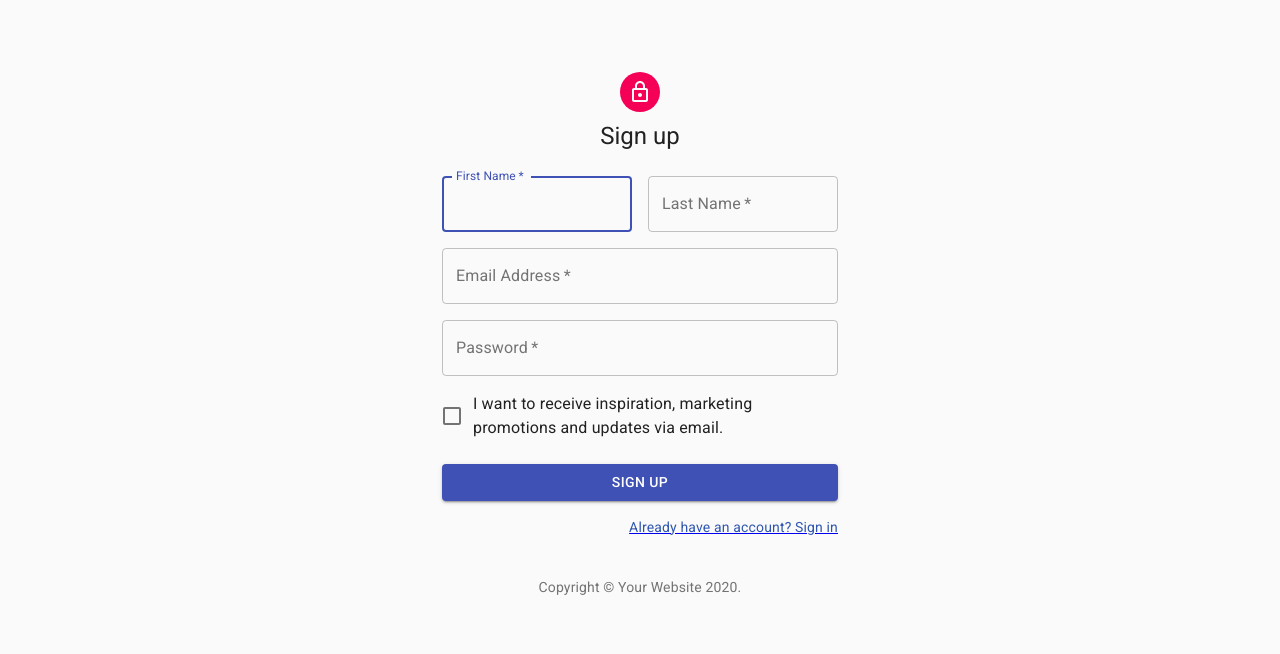
Repository: mk1020/Daily-Bot
Page: /signup
The author's editor kept a copy of each file at every save. The page is drawn from the files as they stood at one save, then again after the next save.
The browser window is 1280 px wide. The pictures show the whole page.
The project was rebuilt for these pictures with package versions that can differ from the ones it lists, and the page was loaded fresh each time. Also part of the build but not shown: src/components/SignIn/SignIn.module.css, src/components/SignIn/SignIn.js, src/App.module.css.

Above is the page before, as saved 2020-03-09 14:48:41.

After the next save:
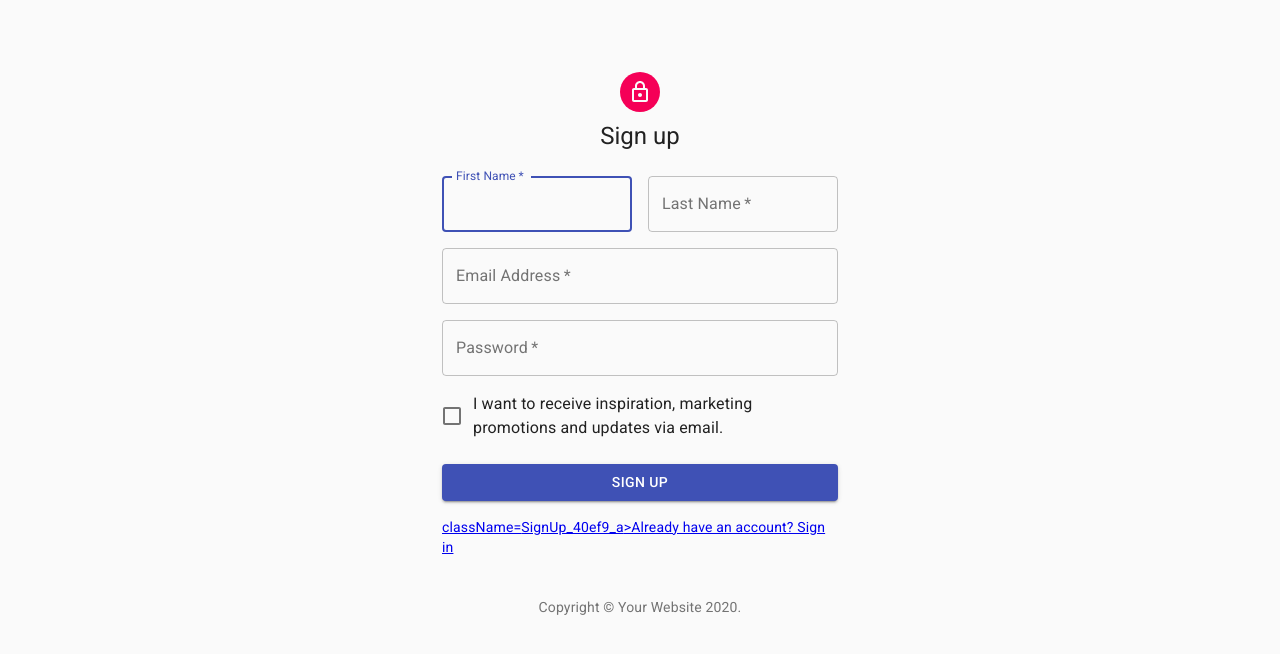
Saved 2 min 20 s later.
--- a/src/components/SignUp/SignUp.js
+++ b/src/components/SignUp/SignUp.js
@@ -128,7 +128,7 @@ export default function SignUp() {
 					<Grid container justify="flex-end">
 						<Grid item>
 							<NavLink to="/">
-								<a className={styles.a}>Already have an account? Sign in</a>
+								<div> className={styles.a}>Already have an account? Sign in </div>
 							</NavLink>
 						</Grid>
 					</Grid>
